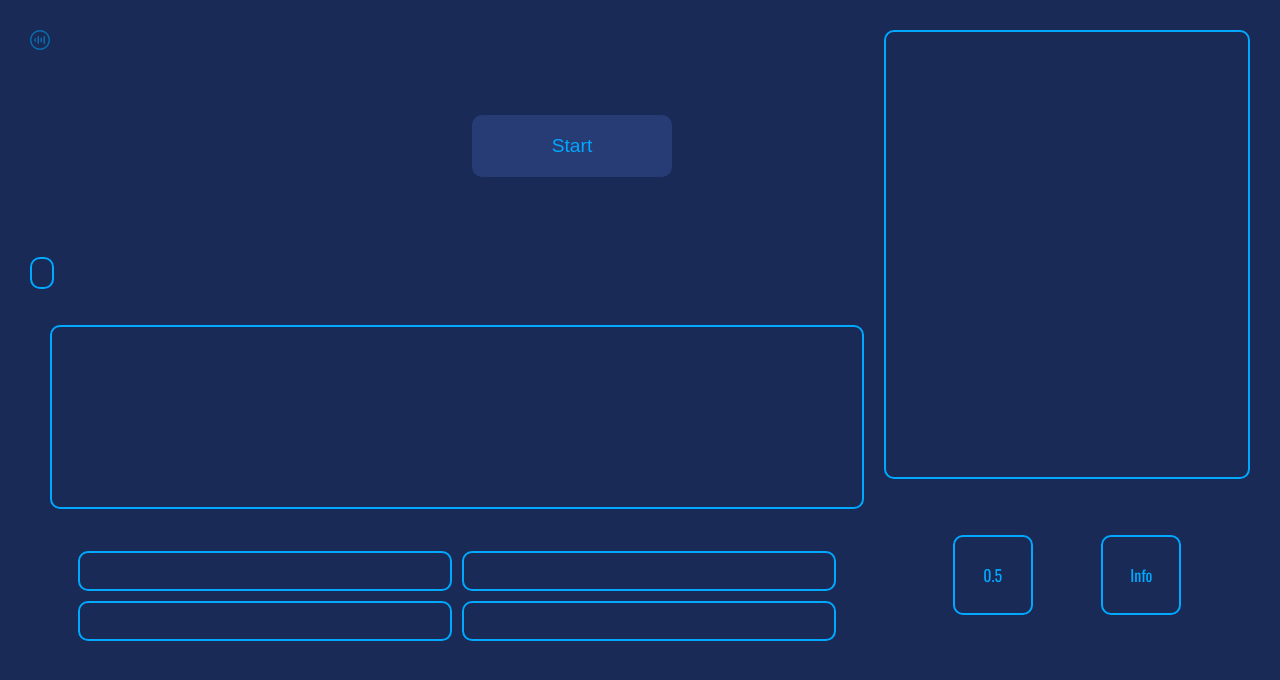
Repository: abdelrahmanahmed20021/Quiz-Platform
Page: index.html
An editor plug-in stored every save of this project. The page is shown before and after the next save, followed by the edit.
The browser window is 1280 px wide. The pictures show the whole page.

Above is the page before, as saved 2023-01-11 17:47:29.
Console error: TypeError: Cannot read properties of null (reading 'addEventListener')

### index.html
<!DOCTYPE html>
<html lang="en">

    <head>
        <!-- ======== Meta =========== -->
        <meta charset="UTF-8">
        <meta http-equiv="X-UA-Compatible" content="IE=edge">
        <meta name="viewport" content="width=device-width, initial-scale=1.0">
        <title>Question || Platform</title>
        <!-- ======== Links =========== -->
        <link rel="stylesheet" href="./styles/index.css">
        <link rel="stylesheet" href="./styles/responsive.css">
        <!-- ======== Links =========== -->
    </head>

    <body>
        <div id="poper_img" class="hide_poper">
            <img class="src_quesion_img" src="" alt="">
            <span class="poper_deleter">X</span>
        </div>
        <section>
            <div class="audio_cotroll">
                <audio src="./assets/1.mp3" class="audio" loop></audio>
                <img src="./assets/play.svg" alt="">
                <img src="./assets/stop.svg" class="active" alt="">
            </div>
            <div class="container_1">
                <div class="start_btn flex">
                    <button class="description hidde_animate_btn">See Explanation</button>
                    <button id="start_quest" class="hover">Start</button>
                </div>
                <span class="quest_index border"></span>
                <div class="quest_content">
                    <div class="quset_cont flex border"></div>
                    <div class="box flex">
                        <div class="answers flex">
                            <span class="answer border hover" answer='a'></span>
                            <span class="answer border hover" answer='b'></span>
                            <span class="answer border hover" answer='c'></span>
                            <span class="answer border hover" answer='d'></span>
                        </div>
                    </div>
                </div>
            </div>

            <div class="container_2">
                <div class="quest_index_num border flex"></div>
                <div class="icons_helper flex">
                    <div class="remove_2 border flex hover">0.5</div>
                    <div class="google border poper_appender hover flex">Info</div>
                </div>
            </div>
        </section>
        <script type="module" src="./script/index.js"></script>
    </body>

</html>

### styles/index.css
/* ========= Import || Font ||  ========= */
@import url('https://fonts.googleapis.com/css2?family=Oswald:wght@200;300;400;500;600;700&display=swap');
/* ========= Import || Font ||  ========= */




/* ========= Set || Variables ||  ========= */
:root {
    --mainColor: #192a56;
    --primaryColor: #273c75;
    --lightColor: #00a8ff;
    --greenColor: #e1b12c;
    --redColor: #487eb0;
    --mainFont: 'Oswald', sans-serif;
    --mainPadding: 40px;
    --primaryPadding: 20px;
    --mainFontSize: 1.2rem;
    --primaryFontSize: .72rem;
    --mainFontWigth: 500;
    --primaryFontWigth: 700;
}

/* ========= Set || Variables ||  ========= */




/* ========= Golbal || Styles ||  ========= */
*>*,
*::after,
*::before {
    padding: 0;
    margin: 0;
    box-sizing: border-box;
    transition: all .5s ease-in-out;
    user-select: none;
    user-zoom: none;
    -webkit-user-drag: none;
}

body {
    background-color: var(--mainColor);
    font-family: var(--mainFont);
}

.flex {
    display: flex;
    align-items: center;
    justify-content: center;
}

.box {
    height: 50%;
}

.border {
    border: 2px solid var(--lightColor);
    border-radius: 10px;
}

.hover:hover {
    background-color: var(--lightColor) !important;
    color: var(--primaryColor) !important;
}

.hover_min_width:active {
    background-color: var(--lightColor) !important;
    color: var(--primaryColor) !important;
}

::-webkit-scrollbar {
    width: 5px;
}

::-webkit-scrollbar-thumb {
    background-color: var(--greenColor);
    border-radius: 10px;
}

/* ========= Golbal || Styles ||  ========= */



/* ========= Main || ElE || Styles ||  ========= */
body>section {
    display: flex;
    height: 100vh;
    padding: 30px;
}

body>section .container_1 {
    width: 70%;
    height: 100%;
}

body>section .container_2 {
    width: 30%;
    height: 100%;
    overflow: hidden;
}

body>section .container_1 .start_btn {
    height: 35%;
    gap: 30px;
}

/* ========= Main || ElE || Styles ||  ========= */

/* ========= Audio || Styles ||  ========= */

body>section>.audio_cotroll {
    position: relative;
}

body>section>.audio_cotroll img {
    top: 0;
    left: 0;
    cursor: pointer;
    position: absolute;
    width: 0;
    height: 0;
    opacity: 0;
}

body>section>.audio_cotroll .active {
    opacity: 1;
    z-index: 100;
    width: auto;
    height: auto;
}

/* ========= Audio || Styles ||  ========= */


/* ========= Container || One || Styles ||  ========= */
body>section .container_1 .start_btn button {
    padding: var(--primaryPadding);
    width: 200px;
    border: 0;
    outline: 0;
    border-radius: 10px;
    font-size: var(--mainFontSize);
    background-color: var(--primaryColor);
    color: var(--lightColor);
    cursor: pointer;
    font-weight: var(--mainFontWigth);
}
body>section .container_1 .start_btn button:hover{
    background-color: var(--lightColor);
    color: var(--mainColor);
}
body>section .container_1 .quest_content {
    height: 65%;
    padding: var(--mainPadding) var(--primaryPadding);
}

body>section .container_1 .quest_content .quset_cont {
    position: relative;
    height: 50%;
    font-size: var(--mainFontSize);
    color: var(--lightColor);
    background-color: transparent;
    padding: 90px;
}
body > #poper_img{
    background-color: #466bdb46;
    backdrop-filter: blur(10px);
    position: fixed;
    top: 0;
    bottom: 0;
    left: 0;
    right: 0;
    z-index: 1000;
    display: flex;
    justify-content: center;
    align-items: center;
}
body > #poper_img span{
    position: absolute;
    top: 20px;
    left: 20px;
    font-size: 2rem;
    cursor: pointer;
    font-weight: bold;
    font-family: sans-serif;
    color: #e1b12c;
}
body>section .container_1 .quest_index {
    padding: 2px 10px;
    font-size: 16px;
    color: var(--lightColor);
}

body>section .container_1 .quest_content .answers {
    width: 100%;
    justify-content: center;
    flex-wrap: wrap;
}

body>section .container_1 .quest_content .answers span {
    width: 46%;
    margin: 5px;
    min-height: 40px;
    text-align: center;
    padding: 5px 0;
    cursor: pointer;
    color: var(--lightColor);
}


/* ========= Container || One || Styles ||  ========= */




/* ========= Container || Two || Styles ||  ========= */
body>section .container_2 .quest_index_num {
    justify-content: space-between;
    flex-direction: column-reverse;
    min-height: 68%;
    max-height: 68%;
    padding-bottom: 400px;
    margin-bottom: 30px;
    overflow: auto;
}


body>section .container_2 .quest_index_num p {
    display: block;
    width: 100%;
    text-align: center;
    color: var(--primaryColor);
}

body>section .container_2 .quest_index_num .correct_answer {
    background-color: transparent !important;
    color: var(--greenColor) !important;
}

body>section .container_2 .quest_index_num .falsey_answer {
    background-color: transparent !important;
    color: var(--primaryColor) !important;
}

body>section .container_2 .icons_helper {
    justify-content: space-evenly;
    height: 20%;
}

body>section .container_2 .icons_helper .remove_2 {
    width: 80px;
    height: 80px;
    cursor: pointer;
    color: var(--lightColor);
}

body>section .container_2 .icons_helper .google {
    cursor: pointer;
    width: 80px;
    height: 80px;
}

/* ========= Container || Two || Styles ||  ========= */

/* ========= Actives || Class || Styles ||  ========= */
.active_point_quest {
    color: var(--lightColor) !important;
    font-weight: var(--primaryFontWigth);
    font-size: var(--mainFontSize);
}

.falsey_answer {
    background-color: var(--redColor) !important;
    color: var(--lightColor) !important;
}
.falsey_answer_p{
    color: red !important;
}
.correct_answer {
    background-color: var(--greenColor) !important;
    color: var(--lightColor) !important;
}

.hidde_animate_btn {
    transform: scale(0);
    width: 0;
}
.poper_appender{
    color: #00a8ff;
}
.hide_poper{
    display: none !important;
}

/* ========= Actives || Class || Styles ||  ========= */

### styles/responsive.css
/* ===========  Tablets || Sizes  =============== */
/* =============== Sm ================ */
@media screen and (min-width:360px) and (max-width:960px) {
    :root {
        --mainPadding: 20px;
        --primaryPadding: 10px;
        --mainFontSize: 1rem;
        --mainFontWigth: 400;
        --primaryFontWigth: 500;
    }

    body>section {
        flex-direction: column;
        padding: 20px 10px;
    }

    body>section .container_1 {
        width: 100%;
        height: 70%;

    }

    body>section .container_1 .start_btn {
        height: 20%;
    }

    body>section .container_2 {
        width: 100%;
        height: 30%;
    }

    body>section .container_2 .quest_index_num {
        min-height: 58%;
        max-height: 58%;
        padding-bottom: 0;
        padding-left: 400px;
    }

    body>section .container_2 .icons_helper {
        justify-content: space-between;
    }

    body>section .container_1 .quest_content .quset_cont {
        padding: 40px;
    }

    body>section .container_1 .quest_content .answers span {
        font-size: var(--primaryFontSize);
        font-weight: var(--primaryFontWigth);
    }

    body>section .container_2 .icons_helper .remove_2 {
        width: 60px;
        height: 60px;
    }

    body>section .container_2 .icons_helper .google {
        width: 60px;
        height: 60px;
    }

}

/* =============== Sm ================ */
/* ===========  Tablets || Sizes  =============== */

### script/index.js
import { data } from './../auth/data.js';
//============= Set || Nodes || ==================>
const audio = document.querySelector('.audio');
const start_quest = document.querySelector('#start_quest');
const quset_cont = document.querySelector('.quset_cont');
const quest_index = document.querySelector('.quest_index');
const answer = document.querySelector('.answers');
const quest_index_num = document.querySelector('.quest_index_num');
const remove_2 = document.querySelector('.remove_2');
const google = document.querySelector('.google');
const answers = document.querySelectorAll('.answer');
const audio_cotroll_img = document.querySelectorAll('.audio_cotroll img');
const description = document.querySelector(".description");
const src_quesion_img = document.querySelector(".src_quesion_img");
const poper_img = document.querySelector("#poper_img");
const poper_img_head = document.querySelector("#poper_img h1");
const poper_deleter = document.querySelector(".poper_deleter");
const black_btn = document.querySelector(".black-btn");
const poper_appender = document.querySelector(".poper_appender");
const black_wolf = document.querySelector(".black-wolf");
const quest_index_answer = document.querySelector(".quest_index_answer");
const sec_screen = document.querySelector(".sec_screen");
const full_screen = document.querySelector(".full_screen");
let start = 0;
let answer_data;
let right_answers = 0;
let unRight_answers = 0;
//============= Set || Nodes || ==================>
//======= Set || classes || =======>
class DrawUi {
    constructor(data, index) {
        this.data = data;
        this.index = index;
        this.state = true;
    }
    //======= Draw || All ||  Content || Ui =======>
    draw() {
        if (this.data != undefined && this.index != undefined) {
            this.stop_Quiz(this.data);
            if (this.state) {
                this.draw_Quest(this.data);
                this.draw_Quest_line(this.data);
            }
        }
        else {
            console.warn('please Enter data src and index of start');
        }
    }
    //======= Draw || All ||  Content || Ui =======>
    //======= Draw || Questions || Answers =======>
    draw_Quest(values) {
        let recust = ['a', 'b', 'c', 'd'];
        quset_cont.innerHTML = `<p>${values[this.index].quest}</p>`;
        src_quesion_img.src = `${values[this.index].img}`;
        if (values[this.index].img != "") {
            poper_img_head.innerText = "";
        }
        else {
            poper_img_head.innerText = "No Image At This Question";
        }
        answers.forEach((ele, index) => {
            ele.innerText = values[this.index][recust[index]];
        });
        quest_index.innerText = `Question : ${this.index + 1}`;
        quest_index_answer.innerText = `SCORE : ${right_answers} / ${values.length}`;
    }
    //======= Draw || Questions || Answers =======>
    //======= Draw || Questions || Lines =======>
    draw_Quest_line(values) {
        const quest_index_num_elements = quest_index_num.children;
        if (quest_index_num_elements.length == 0) {
            values.forEach((ele, index) => {
                quest_index_num.innerHTML += `<p>Q.${index + 1}</p>`;
            });
        }
        Array.from(quest_index_num_elements).forEach(ele => {
            ele.classList.remove('active_point_quest');
        });
        quest_index_num_elements[this.index].classList.add('active_point_quest');
    }
    //======= Draw || Questions || Lines =======>
    //======= Check || Index || Stop "Quiz" =======>
    stop_Quiz(values) {
        if (this.index > values.length - 1) {
            this.state = false;
        }
    }
}
class Checker {
    constructor() {
        this.darwer = new DrawUi(data, start);
        this.quest_index_num = quest_index_num.children;
    }
    //======= Check || All ||  Content || Answers =======>
    main_checker(ele) {
        this.answer_check(this.darwer.data);
        this.line_check(this.darwer.data, ele);
        this.Repeat(this.darwer.data);
    }
    //======= Check || All ||  Content || Answers =======>
    //======= Set|| All ||  Content || Answers =======>
    set_answers(data, state, statement) {
        if (state) {
            answers.forEach(ele => {
                if (ele.getAttribute('answer') != data[this.darwer.index].answer) {
                    ele.classList.add('falsey_answer');
                }
                else {
                    ele.classList.add('correct_answer');
                }
                if (statement) {
                    setTimeout(() => {
                        ele.classList.remove('falsey_answer');
                        ele.classList.remove('correct_answer');
                    }, 1200);
                }
            });
        }
    }
    //======= Set|| All ||  Content || Answers =======>
    //======= Set || All ||  Styles || Answers =======>
    answer_check(data) {
        if (this.darwer.index < data.length && this.darwer.index != data.length - 1) {
            this.set_answers(data, true, true);
        }
        else {
            this.set_answers(data, true, false);
        }
        setTimeout(() => {
            this.darwer.draw();
        }, 1200);
    }
    //======= Set || All ||  Styles || Answers =======>
    //======= Set || All ||  Styles || Answers || Lines =======>
    line_check(data, ele) {
        if (this.darwer.index < data.length) {
            if (ele.getAttribute('answer') == data[this.darwer.index].answer) {
                this.quest_index_num[this.darwer.index].classList.add('correct_answer');
                this.darwer.index++;
                right_answers++;
            }
            else {
                this.quest_index_num[this.darwer.index].classList.add('falsey_answer_p');
                this.darwer.index++;
                unRight_answers++;
            }
        }
    }
    //======= Set || All ||  Styles || Answers || Lines =======>
    //======= Reapet_Quiz || =======>
    Repeat(data) {
        if (this.darwer.index == data.length) {
            start_quest.classList.remove('hidde_animate_btn');
            description === null || description === void 0 ? void 0 : description.classList.remove("description_hidde");
            start_quest.innerText = 'Repeat';
            start_quest.addEventListener('click', () => {
                location.reload();
            });
        }
    }
}
class Delet {
    constructor(ele, data, index) {
        this.ele = ele;
        this.data = data;
        this.index = index;
    }
    swper() {
        if (this.ele.innerText == '0.5') {
            this.get_data();
        }
        else {
            window.open('https://google.com/');
        }
    }
    get_data() {
        this.delete(data);
    }
    delete(data) {
        if (quset_cont.innerText != '') {
            let falsey_data = [];
            Array.from(answers).filter((ele, index) => {
                if (ele.getAttribute('answer') != data[this.index].answer) {
                    falsey_data.push(index);
                }
            });
            answers[falsey_data[0]].innerText = '';
            answers[falsey_data[1]].innerText = '';
        }
    }
}
//======= Set || classes || =======>
//======= Start || Quiz || App =======>
start_quest.addEventListener('click', start_app);
function start_app(e) {
    if (sec_screen.requestFullscreen) {
        sec_screen.requestFullscreen();
        full_screen.innerText = "Close the full page Mode";
    }
    //======= Audio || Controls =======>
    audio.play();
    audio_cotroll_img[1].classList.remove('active');
    audio_cotroll_img[0].classList.add('active');
    //======= Audio || Controls =======>
    //======= Draw || Ui || Class =======>
    const play = new DrawUi(data, start);
    play.draw();
    //======= Draw || Ui || Class =======>
    //======= Checker || In || Chossen =======>
    const chek = new Checker();
    answers.forEach(ele => {
        ele.addEventListener('click', (e) => {
            chek.main_checker(e.target);
            quest_index_num.scrollTop = -45 * (unRight_answers + right_answers);
        });
    });
    //======= Checker || In || Chossen =======>
    //======= Delet || Button || And Event =======>
    e.target.classList.add("hidde_animate_btn");
    e.target.removeEventListener('click', start_app);
    //======= Delet || Button || And Event =======>
    //======= Remove || Two || Answers =======>
    remove_2.addEventListener("click", (e) => {
        const deleter = new Delet(e.target, chek.darwer.data, chek.darwer.index);
        deleter.swper();
    });
    //======= Remove || Two || Answers =======>
    //===== Simple || Animate ========>
    quest_index_num.style.padding = '0';
}
//======= Start || Quiz || App =======>
//======= Audio || Controller || App =======>
audio_cotroll_img.forEach(ele => {
    ele.addEventListener('click', () => {
        if (audio.paused) {
            audio_cotroll_img[1].classList.remove('active');
            audio_cotroll_img[0].classList.add('active');
            audio.play();
        }
        else if (!audio.paused) {
            audio_cotroll_img[1].classList.add('active');
            audio_cotroll_img[0].classList.remove('active');
            audio.pause();
        }
    });
});
//======= Audio || Controller || App =======>
//========= Handel  || Hover  || Effect  || in  || Small  || Deveices ||  ============>
window.addEventListener('resize', () => {
    if (window.innerWidth < 961) {
        const hover = document.querySelectorAll('.hover');
        hover.forEach(ele => {
            ele.classList.add('hover_2');
            ele.classList.remove('hover');
        });
        console.warn('resized to small delet hover');
    }
    else {
        const hover_2 = document.querySelectorAll('.hover_2');
        hover_2.forEach(ele => {
            ele.classList.add('hover');
            ele.classList.remove('hover_2');
        });
        console.warn('resized to Big add hover');
    }
});
//========= Handel  || Hover  || Effect  || in  || Small  || Deveices ||  ============>
poper_deleter === null || poper_deleter === void 0 ? void 0 : poper_deleter.addEventListener("click", () => {
    poper_img.classList.add("hide_poper");
    if (sec_screen.requestFullscreen) {
        sec_screen.requestFullscreen();
    }
});
poper_appender === null || poper_appender === void 0 ? void 0 : poper_appender.addEventListener("click", () => {
    poper_img.classList.remove("hide_poper");
    // if(document.exitFullscreen) {
    //     document.exitFullscreen();
    //   }
});
description === null || description === void 0 ? void 0 : description.addEventListener("click", () => {
    window.location.href = "info.html";
});
black_btn.addEventListener("click", () => {
    black_wolf.style.display = "none";
});
full_screen.addEventListener("click", () => {
    if (full_screen.innerText == "Close the full page Mode") {
        if (document.exitFullscreen) {
            document.exitFullscreen();
            full_screen.innerText = "Active the full page Mode";
        }
    }
    else {
        if (sec_screen.requestFullscreen) {
            sec_screen.requestFullscreen();
            full_screen.innerText = "Close the full page Mode";
        }
    }
});

Loaded but not shown: auth/data.js (318 lines, source omitted)

After the next save:
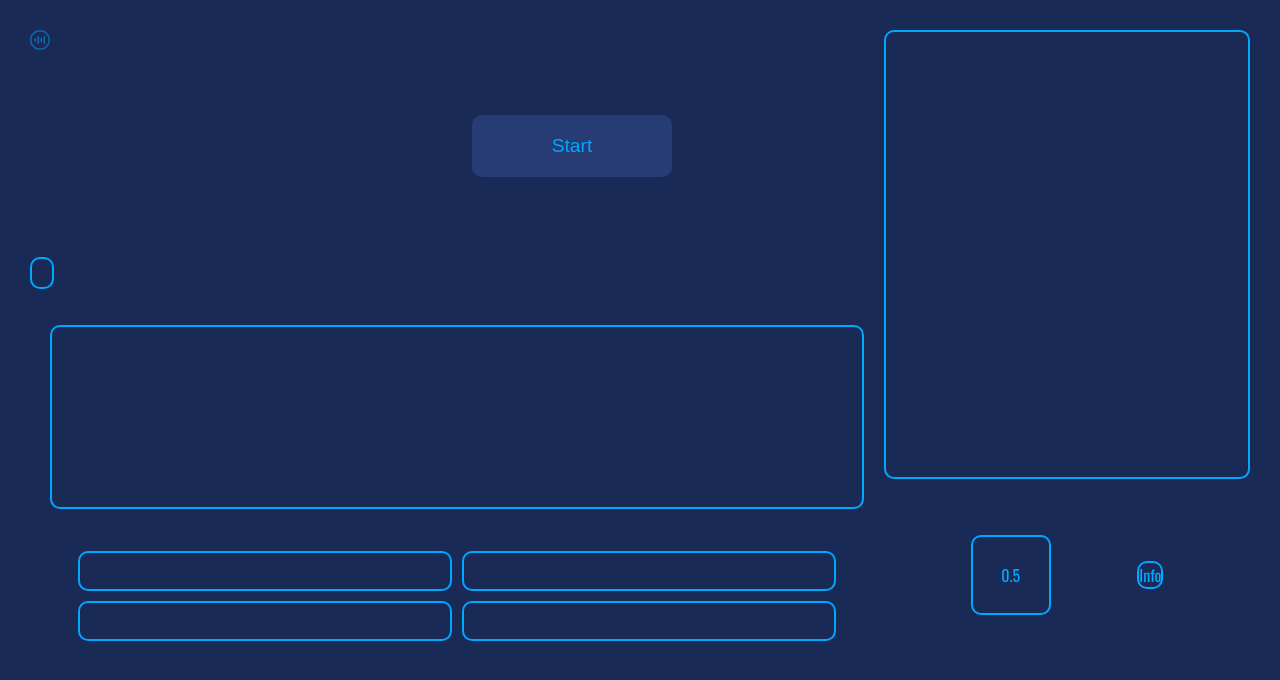
Saved 17 s later.
--- a/index.html
+++ b/index.html
@@ -47,7 +47,7 @@
                 <div class="quest_index_num border flex"></div>
                 <div class="icons_helper flex">
                     <div class="remove_2 border flex hover">0.5</div>
-                    <div class="google border poper_appender hover flex">Info</div>
+                    <div class="border poper_appender hover flex">Info</div>
                 </div>
             </div>
         </section>

After the save that followed:
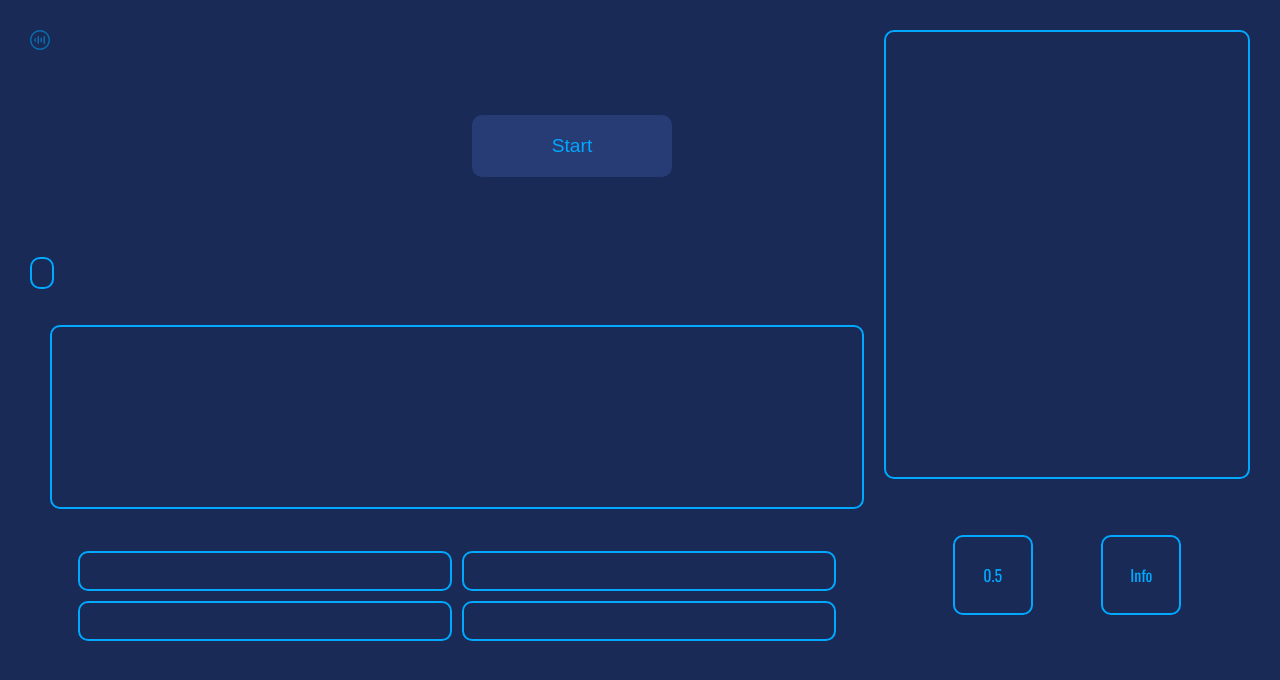
Saved 4 s later.
--- a/index.html
+++ b/index.html
@@ -47,7 +47,7 @@
                 <div class="quest_index_num border flex"></div>
                 <div class="icons_helper flex">
                     <div class="remove_2 border flex hover">0.5</div>
-                    <div class="border poper_appender hover flex">Info</div>
+                    <div class="google border poper_appender hover flex">Info</div>
                 </div>
             </div>
         </section>
